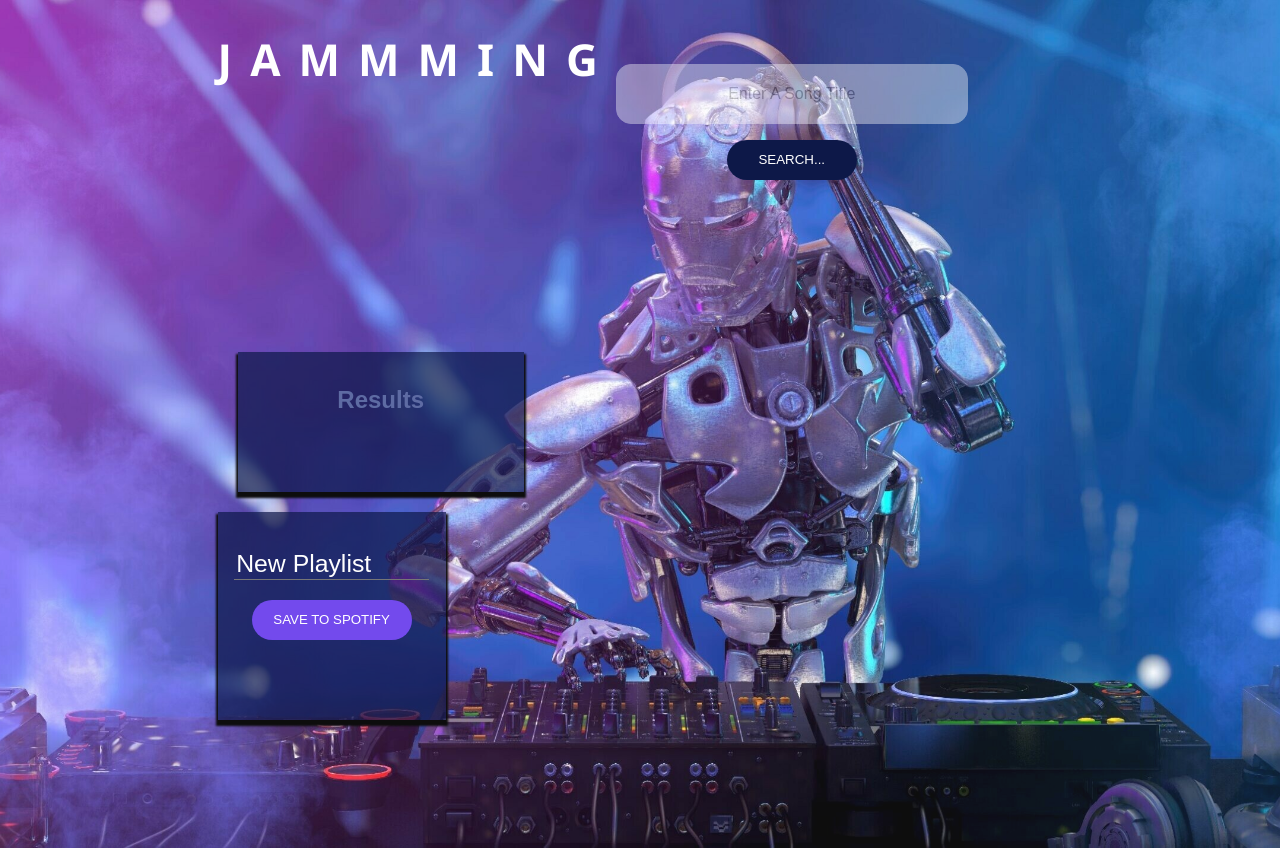
Repository: LolaSL/jamming
Page: /
The author's editor kept a copy of each file at every save. The page is drawn from the files as they stood at one save, then again after the next save.
The browser window is 1280 px wide. The pictures show the whole page.
The project was rebuilt for these pictures with package versions that can differ from the ones it lists, and the page was loaded fresh each time. Also part of the build but not shown: src/components/Track/Track.css, src/components/Track/Track.jsx.

Above is the page before, as saved 2023-06-22 18:51:19.

After the next save:
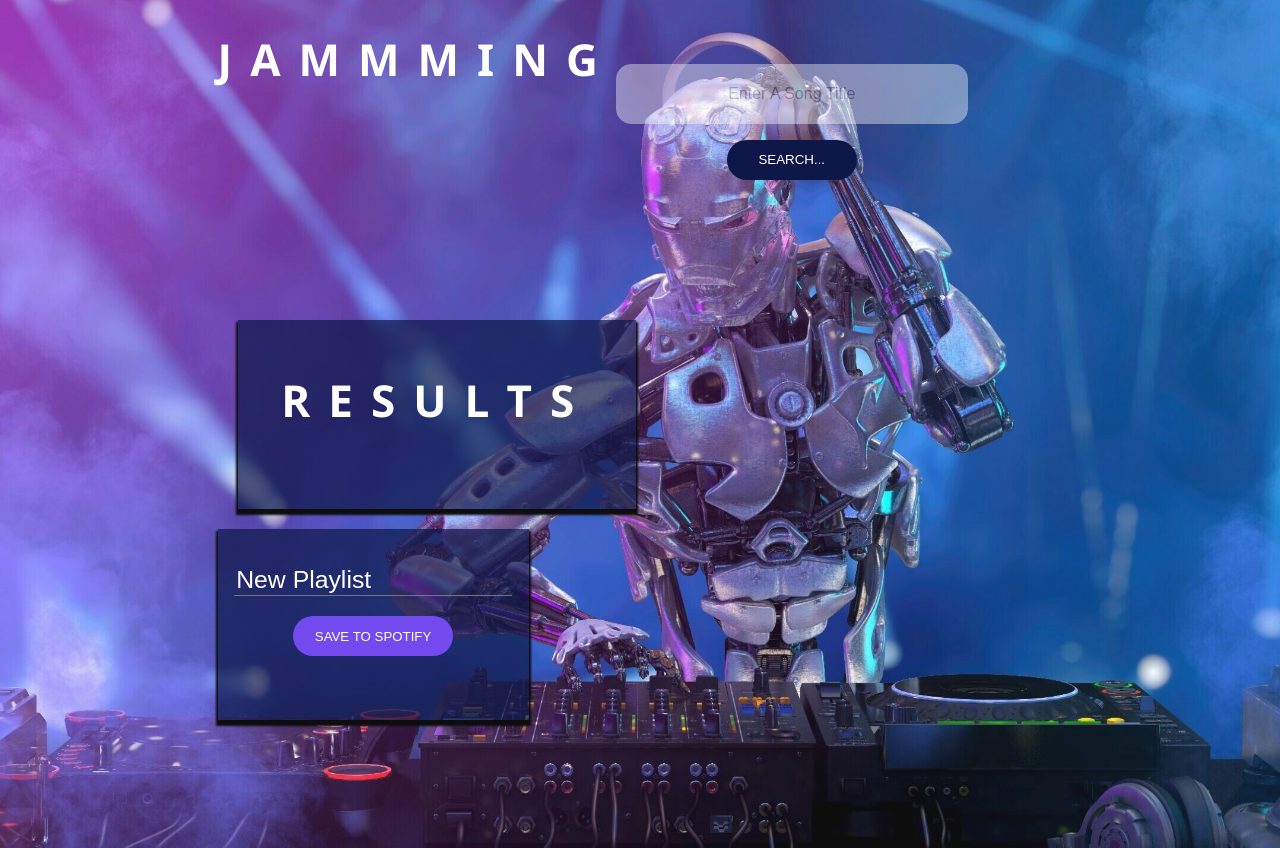
Saved 14 s later.
--- a/src/components/SearchResults/SearchResults.css
+++ b/src/components/SearchResults/SearchResults.css
@@ -8,7 +8,11 @@
     box-shadow: 0 4px 2px 2px #000000;
   }
   h2{
-
+    font-family:'Segoe UI', Tahoma, Geneva, Verdana, sans-serif;
+    text-transform: uppercase;
+    letter-spacing: 18px;
+    color: #ffffff;
+    font-size: 2.75rem;
   }
   ::-webkit-scrollbar {
       width: 0px;
